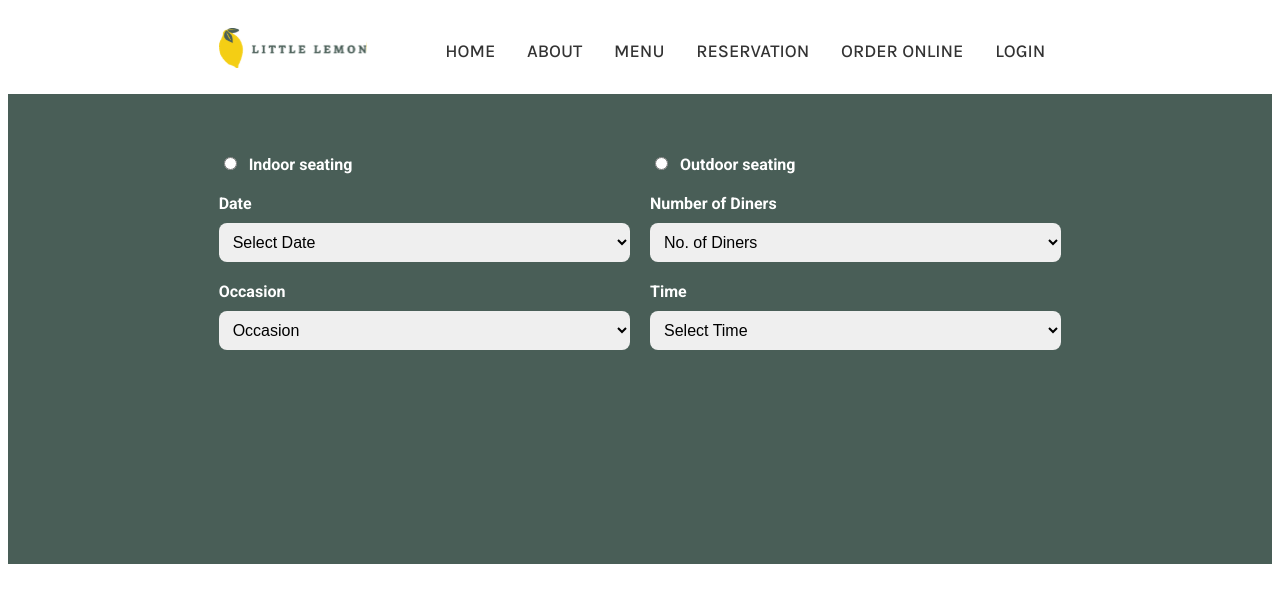
Repository: Yeshwanth-189/little-lemon
Page: /reservation (app in little-lemon/)
The author's editor kept a copy of each file at every save. The page is drawn from the files as they stood at one save, then again after the next save.
The browser window is 1280 px wide. The pictures show the whole page.
The project was rebuilt for these pictures with package versions that can differ from the ones it lists, and the page was loaded fresh each time. Also part of the build but not shown: little-lemon/src/index.css, little-lemon/src/components/Hero/Hero.css, little-lemon/src/components/Hero/Hero.jsx, little-lemon/src/components/Specials/Specials.css, little-lemon/src/components/Specials/Specials.jsx, little-lemon/src/components/Testimonials/Testimonials.css, little-lemon/src/components/Testimonials/Testimonials.jsx, little-lemon/src/components/About/About.css and 3 more.

Above is the page before, as saved 2025-04-26 22:29:03.

### little-lemon/public/index.html
<!DOCTYPE html>
<html lang="en">
  <head>
    <meta charset="utf-8" />
    <link rel="icon" href="%PUBLIC_URL%/Logo.png" />
    <meta name="viewport" content="width=device-width, initial-scale=1" />
    <meta name="theme-color" content="#000000" />
    <meta
      name="description"
      content="Little Lemon is a family-run Mediterranean restaurant in Chicago, IL."
    />
    <meta name="og:image" content="%PUBLIC_URL%/Logo.png" />
    <meta name="og:title" content="Little-Lemon Restaurant" />
    <link rel="apple-touch-icon" href="%PUBLIC_URL%/Logo.png" />
    <!--
      manifest.json provides metadata used when your web app is installed on a
      user's mobile device or desktop. See https://developers.google.com/web/fundamentals/web-app-manifest/
    -->
    <link rel="manifest" href="%PUBLIC_URL%/manifest.json" />
    <!--
      Notice the use of %PUBLIC_URL% in the tags above.
      It will be replaced with the URL of the `public` folder during the build.
      Only files inside the `public` folder can be referenced from the HTML.

      Unlike "/favicon.ico" or "favicon.ico", "%PUBLIC_URL%/favicon.ico" will
      work correctly both with client-side routing and a non-root public URL.
      Learn how to configure a non-root public URL by running `npm run build`.
    -->
    <title>Little Lemon</title>
    <link rel="stylesheet" href="%PUBLIC_URL%/index.css" />
    <link rel="preconnect" href="https://fonts.googleapis.com" />
    <link rel="preconnect" href="https://fonts.gstatic.com" crossorigin />
    <link
      href="https://fonts.googleapis.com/css2?family=Karla:ital,wght@0,200..800;1,200..800&display=swap"
      rel="stylesheet"
    />
    <link rel="preconnect" href="https://fonts.googleapis.com" />
    <link rel="preconnect" href="https://fonts.gstatic.com" crossorigin />
    <link
      href="https://fonts.googleapis.com/css2?family=Karla:ital,wght@0,200..800;1,200..800&family=Roboto:ital,wght@0,100..900;1,100..900&display=swap"
      rel="stylesheet"
    />
  </head>
  <body>
    <noscript>You need to enable JavaScript to run this app.</noscript>
    <div id="root"></div>
    <!--
      This HTML file is a template.
      If you open it directly in the browser, you will see an empty page.

      You can add webfonts, meta tags, or analytics to this file.
      The build step will place the bundled scripts into the <body> tag.

      To begin the development, run `npm start` or `yarn start`.
      To create a production bundle, use `npm run build` or `yarn build`.
    -->
  </body>
</html>

### little-lemon/src/App.js
import React from "react";
import { BrowserRouter as Router, Routes, Route } from "react-router-dom";
import Nav from "./components/Navigation/NavBar";
import Hero from "./components/Hero/Hero";
import Specials from "./components/Specials/Specials";
import Testimonials from "./components/Testimonials/Testimonials";
import About from "./components/About/About";
import Footer from "./components/Footer/Footer";
import Reservation from "./components/Reservation/Reservation";

function Home() {
  return (
    <div>
      <Hero />
      <Specials />
      <Testimonials />
      <About />
      <Footer />
    </div>
  );
}

function Menu() {
  return <h1>Menu Page</h1>;
}

function App() {
  return (
    <Router>
      <Nav />
      <Routes>
        <Route path="/" element={<Home />} />
        <Route path="/menu" element={<Menu />} />
        <Route path="/about" element={<About />} />
        <Route path="/reservation" element={<Reservation />} />
      </Routes>
    </Router>
  );
}

export default App;

### little-lemon/src/components/Navigation/NavBar.jsx
import React from "react";
import { Link as RouterLink } from "react-router-dom";
import { Link as ScrollLink } from "react-scroll";
import Logo from "../../assets/Logo.svg";
import "./NavBar.css";

function Nav() {
  return (
    <nav className="nav-grid">
      {/* Empty 1-2 columns */}
      <div className="nav-empty"></div>

      {/* Logo 3-4 */}
      <div className="nav-logo">
        <img src={Logo} alt="Little Lemon Logo" />
      </div>

      {/* Nav links 5-10 */}
      <div className="nav-links">
        <RouterLink to="/">HOME</RouterLink>
        <ScrollLink
          to="about"
          smooth={true}
          duration={1000}
          offset={-70} // Adjust if your NavBar is sticky
        >
          ABOUT
        </ScrollLink>
        <RouterLink to="/menu">MENU</RouterLink>
        <RouterLink to="/reservation">RESERVATION</RouterLink>
        <RouterLink to="/order-online">ORDER ONLINE</RouterLink>
        <RouterLink to="/login">LOGIN</RouterLink>
      </div>

      {/* Empty 11-12 columns */}
      <div className="nav-empty"></div>
    </nav>
  );
}

export default Nav;

### little-lemon/src/components/Reservation/Reservation.jsx
import React from "react";
import "./Reservation.css";

function Reservation() {
  return (
    <section className="reservation-grid">
      {/* Empty left margin */}
      <div className="reservation-empty"></div>

      {/* Main Reservation Form */}
      <div className="reservation-main">
        {/* Row 1: Seating Options */}
        <div className="reservation-row">
          <div className="reservation-col">
            <label>
              <input type="radio" name="seating" value="indoor" /> Indoor
              seating
            </label>
          </div>
          <div className="reservation-col">
            <label>
              <input type="radio" name="seating" value="outdoor" /> Outdoor
              seating
            </label>
          </div>
        </div>

        {/* Row 2: Date and Diners */}
        <div className="reservation-row">
          <div className="reservation-col">
            <label>Date</label>
            <select>
              <option>Select Date</option>
              <option>April 27, 2025</option>
              <option>April 28, 2025</option>
            </select>
          </div>
          <div className="reservation-col">
            <label>Number of Diners</label>
            <select>
              <option>No. of Diners</option>
              <option>1</option>
              <option>2</option>
              <option>3</option>
              <option>4</option>
            </select>
          </div>
        </div>

        {/* Row 3: Occasion and Time */}
        <div className="reservation-row">
          <div className="reservation-col">
            <label>Occasion</label>
            <select>
              <option>Occasion</option>
              <option>Birthday</option>
              <option>Anniversary</option>
              <option>Other</option>
            </select>
          </div>
          <div className="reservation-col">
            <label>Time</label>
            <select>
              <option>Select Time</option>
              <option>5:00 PM</option>
              <option>6:00 PM</option>
              <option>7:00 PM</option>
            </select>
          </div>
        </div>
      </div>

      {/* Empty right margin */}
      <div className="reservation-empty"></div>
    </section>
  );
}

export default Reservation;

### little-lemon/src/components/Navigation/NavBar.css
.nav-grid {
  display: grid;
  grid-template-columns: repeat(12, 1fr);
  align-items: center;
  background-color: white;
  padding: 20px 0;
  position: sticky;
  top: 0;
  z-index: 10;
  font-family: "karla", sans-serif;
  font-size: 20px;
  font-weight: 700;
}

/* Empty columns for margins */
.nav-empty {
  grid-column: span 2;
}

/* Logo */
.nav-logo {
  grid-column: span 2;
  font-size: 24px;
  font-weight: bold;
  color: #495e57;
}

.nav-logo a {
  text-decoration: none;
  color: inherit;
}

/* Links */
.nav-links {
  grid-column: span 6;
  display: flex;
  justify-content: space-around;
  align-items: center;
}

.nav-links a {
  text-decoration: none;
  color: #333;
  font-size: 18px;
  font-weight: 500;
}

.nav-links a:hover {
  color: #f4ce14;
}

/* MOBILE RESPONSIVE */
@media (max-width: 768px) {
  .nav-grid {
    grid-template-columns: repeat(4, 1fr);
    padding: 10px 0;
  }

  .nav-empty {
    display: none; /* No margin on mobile */
  }

  .nav-logo {
    grid-column: span 2;
    font-size: 20px;
    text-align: left;
    padding-left: 10px;
  }

  .nav-links {
    grid-column: span 2;
    display: flex;
    flex-direction: column; /* Stack links vertically */
    gap: 10px;
    align-items: flex-end;
    padding-right: 10px;
  }

  .nav-links a {
    font-size: 16px;
  }
}

### little-lemon/src/components/Reservation/Reservation.css
.reservation-grid {
  display: grid;
  grid-template-columns: repeat(12, 1fr);
  width: 100%;
  max-width: 1440px;
  margin: 0 auto;
  min-height: 350px;
  padding: 60px 0;
  background-color: #495e57; /* Background like your Figma */
  color: white;
}

/* Empty margins */
.reservation-empty {
  display: none;
}

/* Main Section (3-10 columns) */
.reservation-main {
  grid-column: 3 / span 8;
  display: flex;
  flex-direction: column;
  gap: 20px;
}

/* Each Row */
.reservation-row {
  display: flex;
  justify-content: space-between;
  gap: 20px;
}

/* Each Column inside Row */
.reservation-col {
  flex: 1;
  display: flex;
  flex-direction: column;
  gap: 10px;
  font-family: "roboto", sans-serif;
  font-size: 20px;
}

/* Inputs and Selects */
.reservation-col input[type="radio"] {
  margin-right: 8px;
}

.reservation-col select {
  padding: 10px;
  border-radius: 8px;
  border: none;
  font-size: 16px;
  ,margin-top: 10%;
}

/* Labels */
.reservation-col label {
  font-size: 16px;
  font-weight: bold;
}

/* MOBILE RESPONSIVE */
@media (max-width: 768px) {
  .reservation-grid {
    grid-template-columns: repeat(4, 1fr);
    padding: 30px 0;
  }

  .reservation-main {
    grid-column: 1 / span 4;
  }

  .reservation-row {
    flex-direction: column;
  }
}

Loaded but not shown: little-lemon/src/index.js (common file); little-lemon/src/reportWebVitals.js (common file); little-lemon/public/index.css (common file)

After the next save:
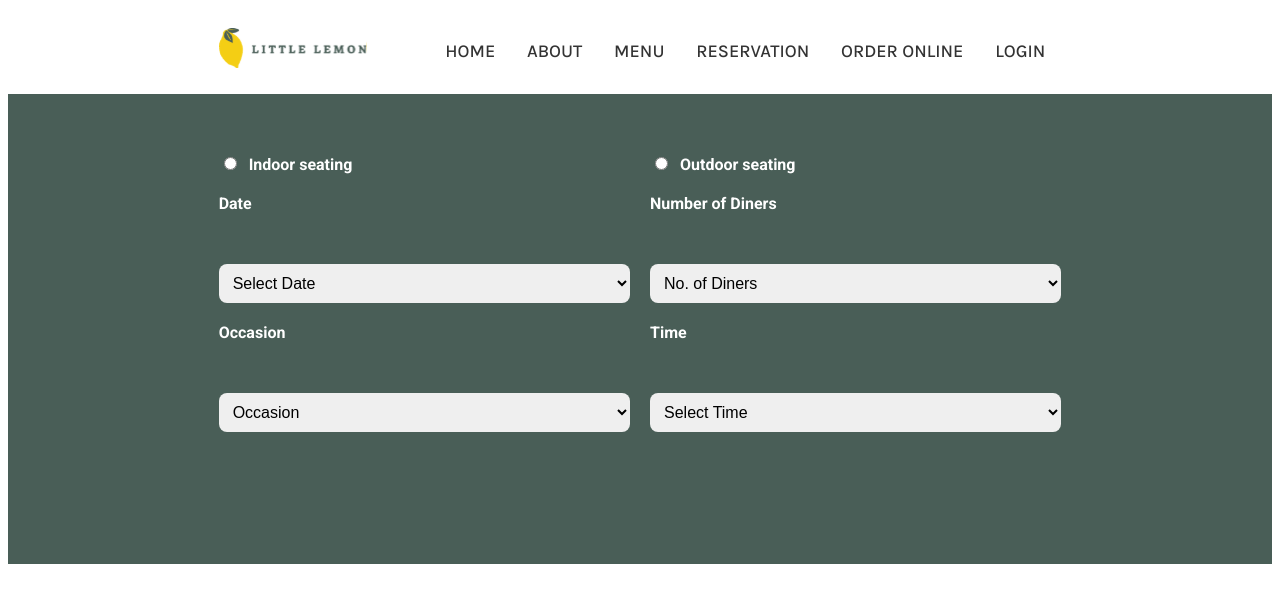
Saved 12 s later.
--- a/little-lemon/src/components/Reservation/Reservation.css
+++ b/little-lemon/src/components/Reservation/Reservation.css
@@ -50,7 +50,7 @@
   border-radius: 8px;
   border: none;
   font-size: 16px;
-  ,margin-top: 10%;
+  margin-top: 10%;
 }
 
 /* Labels */
